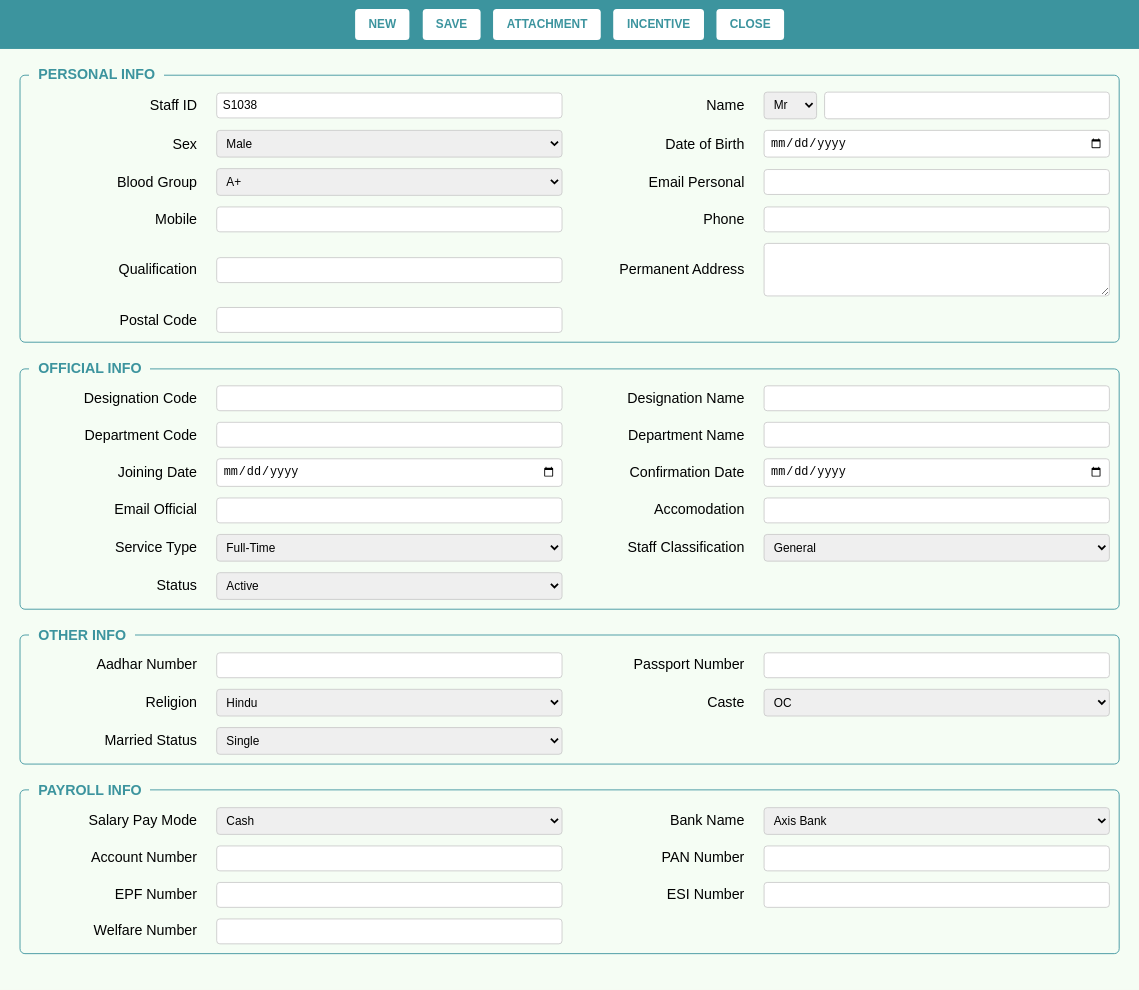
Repository: NAGENDRAN0/New
Page: http://localhost/staff
These files come from the project's save history. The page is drawn as it stood at one moment and after the next save; the edit follows.
The browser window is 1280 px wide. The pictures show the whole page, at 89% of full size.
The page is this project's Thymeleaf template; nobody is signed in. The template is opened directly, without the code that normally fills it, so the values that code supplies are empty.

Above is the page before, as saved 2025-05-19 07:59:27.

### Documents/workspace-spring-tool-suite-4-4.25.0.RELEASE/HMS/src/main/resources/templates/staff.html
<!DOCTYPE html>
<html lang="en">
<head>
  <meta charset="UTF-8">
  <title>Fundamental</title>
  	<link rel="icon" type="/image/Logo/png" href="/image/Logo.png" style="border-radius: 8px;">

  <style>
	body {
	  font-family: Arial, sans-serif;
	  background-color: #f5fdf4;
	  margin: 0;
	  padding: 0;
	}
	.grid {
	  grid-template-columns: 1fr 3fr 1fr 3fr; /* more space for input cells */
	}


	.header {
	  background-color: #3C949E;
	  padding: 10px;
	  text-align: center;
	}

	.header button {
	  background-color: #fff;
	  border: none;
	  padding: 10px 15px;
	  margin: 0 5px;
	  cursor: pointer;
	  font-weight: bold;
	  color: #3C949E;
	  border-radius: 4px;
	}

	.form-container {
	  padding: 20px;
	}

	fieldset {
	  border: 1px solid #3C949E;
	  margin-bottom: 20px;
	  border-radius: 6px;
	  padding: 10px;
	}

	legend {
	  font-weight: bold;
	  color: #3C949E;
	  padding: 0 10px;
	}

	.grid {
	  display: grid;
	  grid-template-columns: 1fr 2fr 1fr 2fr;
	  gap: 12px 16px;
	  align-items: center;
	}

	label {
	  text-align: right;
	  padding-right: 6px;
	  white-space: nowrap;
	}

	input, select, textarea {
	  width: 100%;
	  padding: 6px;
	  border-radius: 4px;
	  border: 1px solid #ccc;
	  box-sizing: border-box;
	}

	textarea {
	  resize: vertical;
	  min-height: 60px;

	}



	@media (max-width: 900px) {
	  .grid {
	    grid-template-columns: 1fr 1fr;
	  }

	  label {
	    text-align: left;
	  }


	}

  </style>
</head>
<body>
  <div class="header">
    <button>NEW</button>
    <button>SAVE</button>
    <button>ATTACHMENT</button>
    <button>INCENTIVE</button>
    <button>CLOSE</button>
  </div>

  <form class="form-container">
    <fieldset>
      <legend>PERSONAL INFO</legend>

		<!-- Inside fieldset -->
		<div class="grid">
		  <label>Staff ID</label>
		  <input type="text" name="staffId" value="S1038" readonly>

		  <label>Name</label>
		  <div style="display: flex; gap: 8px;">
		    <select name="prefix" style="flex: 0 0 60px;">
		      <option>Mr</option>
		      <option>Mrs</option>
		      <option>Ms</option>
		    </select>
		    <input type="text" name="name" style="flex: 1;">
		  </div>

		  <label>Sex</label>
		  <select name="sex"><option>Male</option><option>Female</option></select>

		  <label>Date of Birth</label>
		  <input type="date" name="dob">

		  <label>Blood Group</label>
		  <select name="bloodGroup">
		    <option>A+</option>
		    <option>O+</option>
		  </select>

		  <label>Email Personal</label>
		  <input type="email" name="email">

		  <label>Mobile</label>
		  <input type="tel" name="mobile">

		  <label>Phone</label>
		  <input type="tel" name="phone">

		  <label>Qualification</label>
		  <input type="text" name="qualification">

		  <label>Permanent Address</label>
		  <textarea name="permanentAddress" ></textarea>

		  <label>Postal Code</label>
		  <input type="text" name="postalCode">
		</div>
      </div>
    </fieldset>

    <fieldset>
      <legend>OFFICIAL INFO</legend>
      <div class="grid">
        <label>Designation Code</label>
        <input type="text">

        <label>Designation Name</label>
        <input type="text">

        <label>Department Code</label>
        <input type="text">

        <label>Department Name</label>
        <input type="text">

        <label>Joining Date</label>
        <input type="date">

        <label>Confirmation Date</label>
        <input type="date">

        <label>Email Official</label>
        <input type="email">

        <label>Accomodation</label>
        <input type="text">

        <label>Service Type</label>
        <select><option>Full-Time</option></select>

        <label>Staff Classification</label>
        <select><option>General</option></select>

        <label>Status</label>
        <select><option>Active</option></select>
      </div>
    </fieldset>

    <fieldset>
      <legend>OTHER INFO</legend>
      <div class="grid">
        <label>Aadhar Number</label>
        <input type="text">

        <label>Passport Number</label>
        <input type="text">

        <label>Religion</label>
        <select><option>Hindu</option></select>

        <label>Caste</label>
        <select><option>OC</option><option>BC</option></select>

        <label>Married Status</label>
        <select><option>Single</option><option>Married</option></select>
      </div>
    </fieldset>

    <fieldset>
      <legend>PAYROLL INFO</legend>
      <div class="grid">
        <label>Salary Pay Mode</label>
        <select><option>Cash</option><option>Bank</option></select>

        <label>Bank Name</label>
        <select><option>Axis Bank</option></select>

        <label>Account Number</label>
        <input type="text">

        <label>PAN Number</label>
        <input type="text">

        <label>EPF Number</label>
        <input type="text">

        <label>ESI Number</label>
        <input type="text">

        <label>Welfare Number</label>
        <input type="text">
      </div>
    </fieldset>
  </form>
</body>
</html>

After the next save:
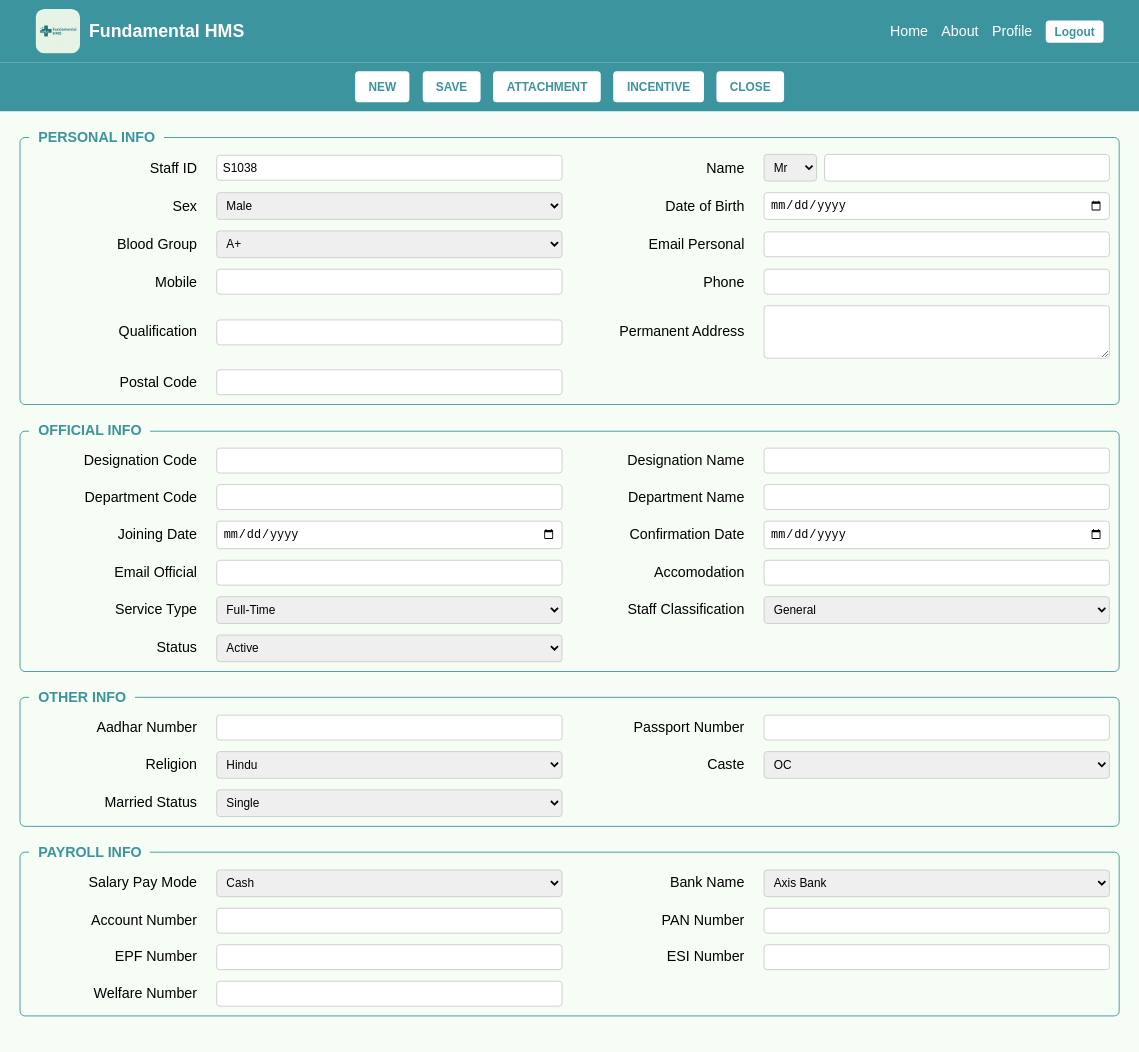
Saved 2 min 29 s later.
--- a/Documents/workspace-spring-tool-suite-4-4.25.0.RELEASE/HMS/src/main/resources/templates/staff.html
+++ b/Documents/workspace-spring-tool-suite-4-4.25.0.RELEASE/HMS/src/main/resources/templates/staff.html
@@ -95,6 +95,25 @@
   </style>
 </head>
 <body>
+	<!-- Place this inside <body> near the top -->
+
+	<nav style="background-color: #3C949E; padding: 10px;">
+	  <div style="display: flex; align-items: center; max-width: 1200px; margin: auto; color: white;">
+	    <img src="/image/Logo.png" alt="Logo" style="border-radius: 10px; width: 50px; height: 50px; margin-right: 10px;">
+	    <a href="/" style="color: white; font-weight: bold; text-decoration: none; font-size: 1.25rem; flex-grow: 1;">
+	      Fundamental HMS
+	    </a>
+	    <a href="/" style="color: white; margin-right: 15px; text-decoration: none;">Home</a>
+	    <a href="/features" style="color: white; margin-right: 15px; text-decoration: none;">About</a>
+	    <a href="/contact" style="color: white; margin-right: 15px; text-decoration: none;">Profile</a>
+	    <a href="/logout" style="color: white; text-decoration: none;">
+	      <button style="background: white; border: none; color: #3C949E; font-weight: bold; padding: 5px 10px; border-radius: 4px; cursor: pointer;">
+	        Logout
+	      </button>
+	    </a>
+	  </div>
+	</nav>
+
   <div class="header">
     <button>NEW</button>
     <button>SAVE</button>
